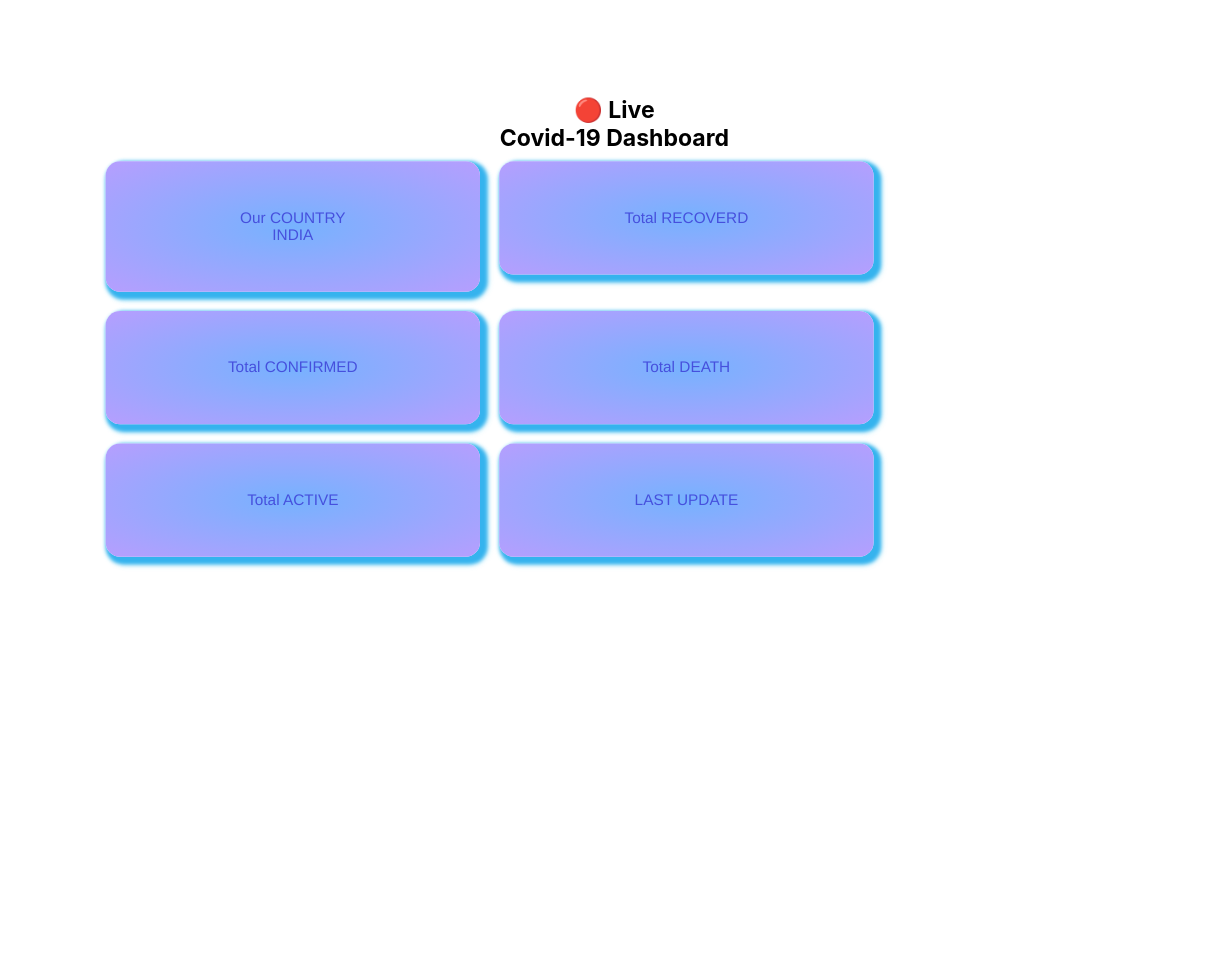
Repository: Aniketlamage/covid19-dashboard
Page: /
The author's editor kept a copy of each file at every save. The page is drawn from the files as they stood at one save, then again after the next save.
The browser window is 1280 px wide. The pictures show the whole page, at 96% of full size.
The page's requests for data from a server got no answer. The project was rebuilt for these pictures with package versions that can differ from the ones it lists, and the page was loaded fresh each time. No one was signed in, and anything a server would have sent is missing.

Above is the page before, as saved 2021-09-30 20:49:14.

### src/App.js
import React from 'react'
import Covid from './components/covid';
const App = () => {
return(
<>
<Covid />
</>
)
}

export default App;

### src/components/covid.js
import React, { useEffect, useState } from 'react'
import "./covid.css"

const Covid = () => {
    const [data, setData] =  useState([]);
    const getCovidData = async () =>{
        try{
            const res = await fetch('https://data.covid19india.org/data.json')
            const actualData = await res.json();
            console.log(actualData.statewise[0]);
            setData(actualData.statewise[0]);
           }
        catch(err){console.log(err);}
    }

    useEffect(() => {
        getCovidData ();
    }, []);
return(

<>
<section>

    <h1>🔴 Live </h1>
    <h2>Covid-19 Dashboard</h2>

<ul>
    <li className = "card">
        <div className ="card__main">
            <div className ="card__inner">
                <p className="card__name"><span> Our </span> COUNTRY </p>
                <p classname="card__total card__small">INDIA</p>
            </div>
        </div>
    </li>
    <li className = "card">
        <div className ="card__main">
            <div className ="card__inner">
                <p className="card__name"><span> Total </span> RECOVERD </p>
                <p classname="card__total card__small">{data.recovered}</p>
            </div>
        </div>
    </li><li className = "card">
        <div className ="card__main">
            <div className ="card__inner">
                <p className="card__name"><span> Total </span> CONFIRMED </p>
                <p classname="card__total card__small">{data.confirmed}</p>
            </div>
        </div>
    </li><li className = "card">
        <div className ="card__main">
            <div className ="card__inner">
                <p className="card__name"><span> Total </span> DEATH </p>
                <p classname="card__total card__small">{data.deaths}</p>
            </div>
        </div>
    </li><li className = "card">
        <div className ="card__main">
            <div className ="card__inner">
                <p className="card__name"><span> Total </span> ACTIVE </p>
                <p classname="card__total card__small">{data.active}</p>
            </div>
        </div>
    </li><li className = "card">
        <div className ="card__main">
            <div className ="card__inner">
                <p className="card__name"><span> LAST </span> UPDATE </p>
                <p classname="card__total card__small">{ data.lastupdatedtime}</p>
            </div>
        </div>
    </li>
</ul>
</section>
</>

)

}
export default Covid;

### src/components/covid.css

/*  Basic Styling */
* {
    margin: 0;
    padding: 0;
    box-sizing: border-box;
  }
.main,body {
    background-color: white;
    padding: 100px;
    text-align: center;
    min-height: 100ch;
    align-items: center;

}

h1,h2{

    color: black;
}

p {
    color: #4650dd;
    font-family: 'Franklin Gothic Medium', 'Arial Narrow', Arial, sans-serif;
}

ul{
    list-style-type:none;
    display: flex;
    flex-wrap: wrap;
}
div.card__main {
    /*background-color: white;*/
    background: radial-gradient(#76b2fe, #b69efe);

    border-radius: 15px;
    width: 390px;
    padding: 50px;
    margin: 10px;
    align-items: center;
    cursor: pointer;
    box-shadow: 4px 4px 4px 4px #35b3ee, 5px 5px 5px 5px rgba(63, 204, 240, 0.19);
 }



.card_name{
    font-size: 25px;
    font-weight: bold;
}

.card_name span {
    font-size: 15px;
}

.card_total {

    font-size: 20px;
    font-weight: bold;

}
.card__small {
    font-size: 80px;
}
@media (max-width: 500px)
{
    .card_total{font-size: 70px;}
}
@media (max-width: 500px)
{
    .card{
        width: 100%;
        height: 290px;
        margin-right: 0;
        float: none;
    }
    .card .card__inner,
    .card .card__back{
        height: 290px;
    }
}

.card {
    transition: transform .3s;
  }

  .card :hover {
    transition: transform .3s;
    -ms-transform: scale(1.2);
    -webkit-transform: scale(1.2);
    transform: scale(1.2);
  }

Loaded but not shown: public/index.html (common file); src/index.js (common file); src/index.css (common file); src/reportWebVitals.js (common file)

After the next save:
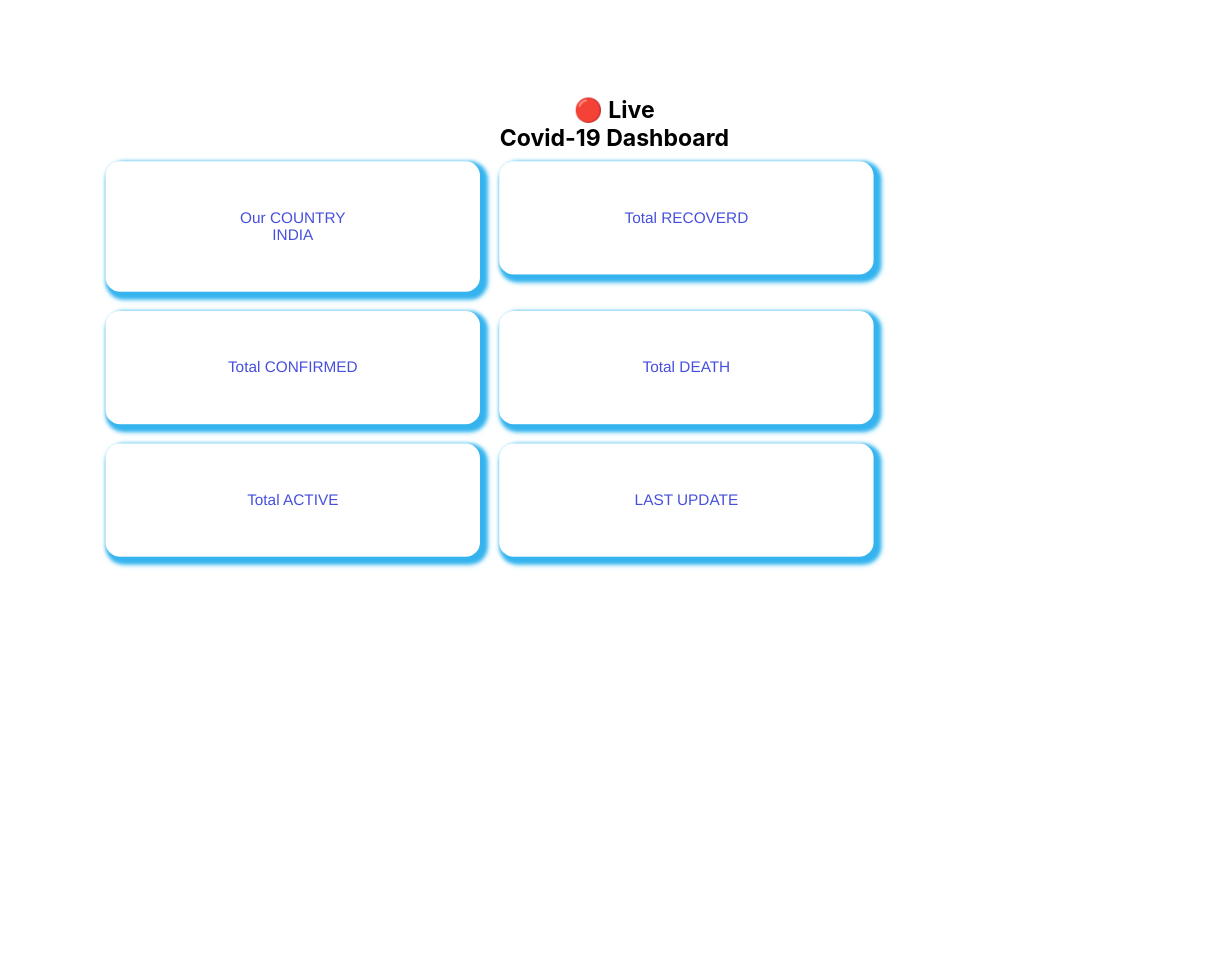
Saved 23 s later.
--- a/src/components/covid.css
+++ b/src/components/covid.css
@@ -31,7 +31,6 @@ ul{
 }
 div.card__main {
     /*background-color: white;*/
-    background: radial-gradient(#76b2fe, #b69efe);
 
     border-radius: 15px;
     width: 390px;
